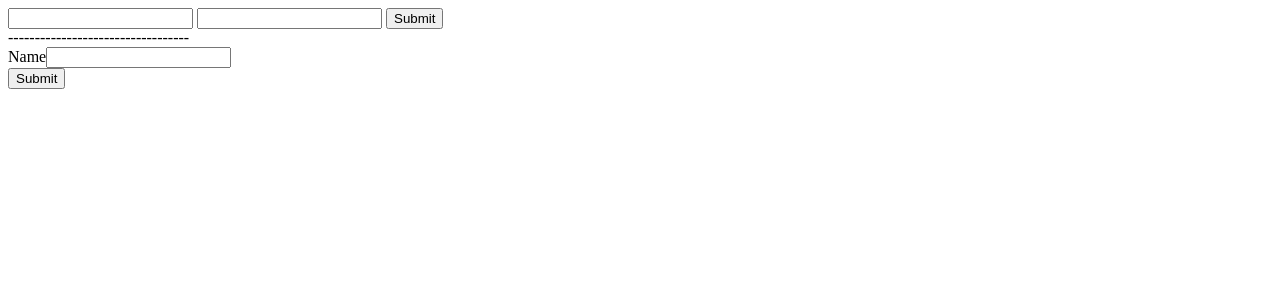
Repository: PriyatharsanD/SpringBoot
Page: http://localhost/AddFruit/add.jsp
The author's editor kept a copy of each file at every save. The page is drawn from the files as they stood at one save, then again after the next save.
The browser window is 1280 px wide. The pictures show the whole page.
The page is served by Tomcat 9.

Above is the page before, as saved 2024-10-10 07:53:44.

After the next save:
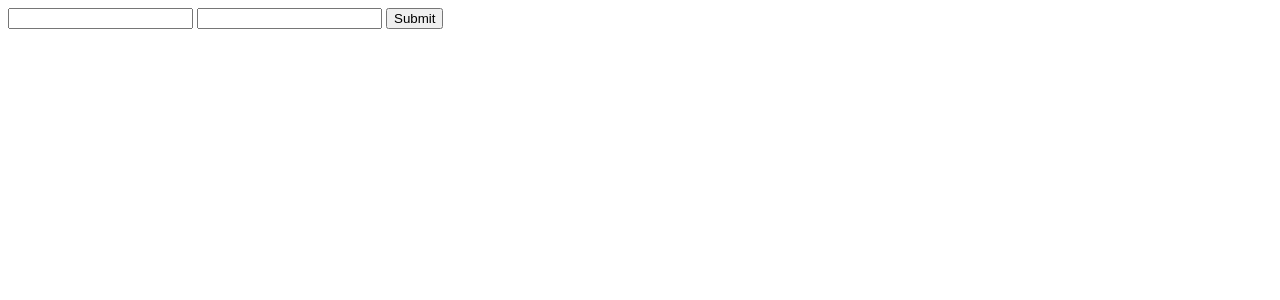
Saved 7 s later.
--- a/AddFruit/src/main/webapp/add.jsp
+++ b/AddFruit/src/main/webapp/add.jsp
@@ -12,10 +12,6 @@
 		<input type="number" name="price">
 		<input type="submit">
 	</form>
-	----------------------------------
-	<form action="fetchfruit">
-		Name<input type="text" name="name"><br>
-		<input type="submit">
-	</form>
+
 </body>
 </html>
